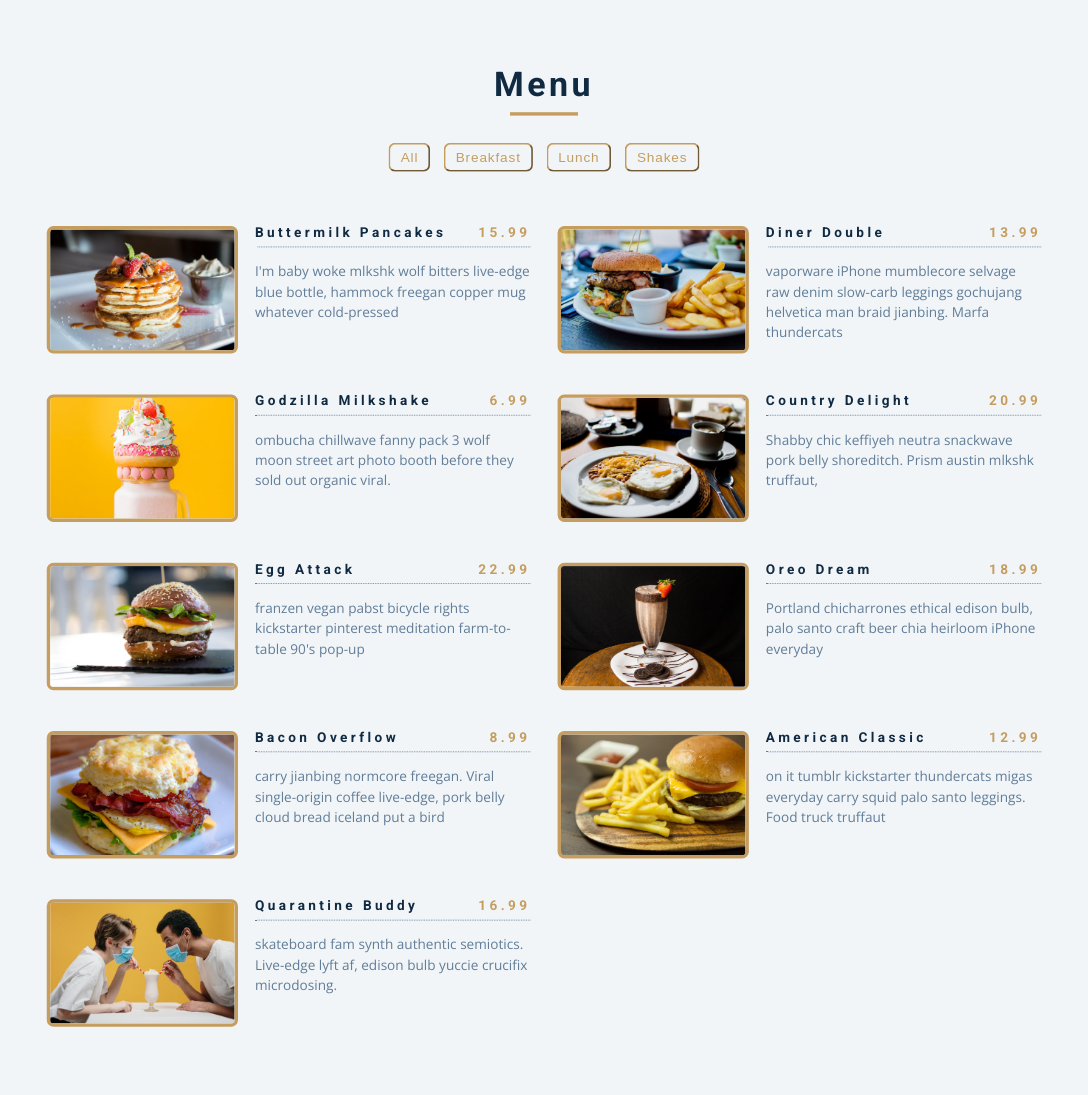
Repository: spidero7/Menu
Page: index.html
The author's editor kept a copy of each file at every save. The page is drawn from the files as they stood at one save, then again after the next save.
The browser window is 1280 px wide. The pictures show the whole page, at 85% of full size.
Some web libraries are served in a nearby version.

Above is the page before, as saved 2021-10-02 08:26:03.

### index.html
<!DOCTYPE html>
<html lang="en">
<head>
    <meta charset="UTF-8">
    <meta http-equiv="X-UA-Compatible" content="IE=edge">
    <meta name="viewport" content="width=device-width, initial-scale=1.0">
    <title>Menu</title>
    <link rel="stylesheet" href="style.css">
    <link
      rel="stylesheet"
      href="https://cdnjs.cloudflare.com/ajax/libs/font-awesome/5.14.0/css/all.min.css"
    />
</head>
<body>
    <section class="menu">
        <div class="title">
            <h2>Menu</h2>
            <div class="underline"></div>
        </div>
        <div class="btn-container">
            <button class="filter-btn" type="button" data-id="all">all</button>
            <button class="filter-btn" type="button" data-id="breakfast">breakfast</button>
            <button class="filter-btn" type="button" data-id="lunch">lunch</button>
            <button class="filter-btn" type="button" data-id="shakes">shakes</button>
        </div>
        <div class="section-center">
            <article class="menu-item">
                <img src="menu-item.jpeg" class="photo" alt="menu-item">
                <div class="item-info">
                    <header>
                        <h4>Buttermilk pancakes</h4>
                        <h4 class="price">$15</h4>
                    </header>
                    <p class="item-text">Lorem ipsum dolor sit amet consectetur adipisicing elit. Nisi dolorum quasi tempore rerum voluptatem harum ad quisquam provident, ducimus officiis asperiores. Aut, aliquid veniam tempora tempore quisquam atque. Saepe, suscipit!</p>
                </div>
            </article>
        </div>
    </section>
    <script src="app.js"></script>
</body>
</html>

### style.css
/*
===============
Fonts
===============
*/
@import url("https://fonts.googleapis.com/css?family=Open+Sans|Roboto:400,700&display=swap");

/*
===============
Variables
===============
*/

:root {
  /* dark shades of primary color*/
  --clr-primary-1: hsl(205, 86%, 17%);
  --clr-primary-2: hsl(205, 77%, 27%);
  --clr-primary-3: hsl(205, 72%, 37%);
  --clr-primary-4: hsl(205, 63%, 48%);
  /* primary/main color */
  --clr-primary-5: #49a6e9;
  /* lighter shades of primary color */
  --clr-primary-6: hsl(205, 89%, 70%);
  --clr-primary-7: hsl(205, 90%, 76%);
  --clr-primary-8: hsl(205, 86%, 81%);
  --clr-primary-9: hsl(205, 90%, 88%);
  --clr-primary-10: hsl(205, 100%, 96%);
  /* darkest grey - used for headings */
  --clr-grey-1: hsl(209, 61%, 16%);
  --clr-grey-2: hsl(211, 39%, 23%);
  --clr-grey-3: hsl(209, 34%, 30%);
  --clr-grey-4: hsl(209, 28%, 39%);
  /* grey used for paragraphs */
  --clr-grey-5: hsl(210, 22%, 49%);
  --clr-grey-6: hsl(209, 23%, 60%);
  --clr-grey-7: hsl(211, 27%, 70%);
  --clr-grey-8: hsl(210, 31%, 80%);
  --clr-grey-9: hsl(212, 33%, 89%);
  --clr-grey-10: hsl(210, 36%, 96%);
  --clr-white: #fff;
  --clr-red-dark: hsl(360, 67%, 44%);
  --clr-red-light: hsl(360, 71%, 66%);
  --clr-green-dark: hsl(125, 67%, 44%);
  --clr-green-light: hsl(125, 71%, 66%);
  --clr-gold: #c59d5f;
  --clr-black: #222;
  --ff-primary: "Roboto", sans-serif;
  --ff-secondary: "Open Sans", sans-serif;
  --transition: all 0.3s linear;
  --spacing: 0.25rem;
  --radius: 0.5rem;
  --light-shadow: 0 5px 15px rgba(0, 0, 0, 0.1);
  --dark-shadow: 0 5px 15px rgba(0, 0, 0, 0.2);
  --max-width: 1170px;
  --fixed-width: 620px;
}
/*
===============
Global Styles
===============
*/

*,
::after,
::before {
  margin: 0;
  padding: 0;
  box-sizing: border-box;
}
body {
  font-family: var(--ff-secondary);
  background: var(--clr-grey-10);
  color: var(--clr-grey-1);
  line-height: 1.5;
  font-size: 0.875rem;
}
ul {
  list-style-type: none;
}
a {
  text-decoration: none;
}
img:not(.logo) {
  width: 100%;
}
img {
  display: block;
}

h1,
h2,
h3,
h4 {
  letter-spacing: var(--spacing);
  text-transform: capitalize;
  line-height: 1.25;
  margin-bottom: 0.75rem;
  font-family: var(--ff-primary);
}
h1 {
  font-size: 3rem;
}
h2 {
  font-size: 2rem;
}
h3 {
  font-size: 1.25rem;
}
h4 {
  font-size: 0.875rem;
}
p {
  margin-bottom: 1.25rem;
  color: var(--clr-grey-5);
}
@media screen and (min-width: 800px) {
  h1 {
    font-size: 4rem;
  }
  h2 {
    font-size: 2.5rem;
  }
  h3 {
    font-size: 1.75rem;
  }
  h4 {
    font-size: 1rem;
  }
  body {
    font-size: 1rem;
  }
  h1,
  h2,
  h3,
  h4 {
    line-height: 1;
  }
}
/*  global classes */

.btn {
  text-transform: uppercase;
  background: transparent;
  color: var(--clr-black);
  padding: 0.375rem 0.75rem;
  letter-spacing: var(--spacing);
  display: inline-block;
  transition: var(--transition);
  font-size: 0.875rem;
  border: 2px solid var(--clr-black);
  cursor: pointer;
  box-shadow: 0 1px 3px rgba(0, 0, 0, 0.2);
  border-radius: var(--radius);
}
.btn:hover {
  color: var(--clr-white);
  background: var(--clr-black);
}
/* section */
.section {
  padding: 5rem 0;
}

main {
  min-height: 100vh;
  display: grid;
  place-items: center;
}
/*
===============
Menu
===============
*/

.menu {
  padding: 5rem 0;
}
.title {
  text-align: center;
  margin-bottom: 2rem;
}
.underline {
  width: 5rem;
  height: 0.25rem;
  background: var(--clr-gold);
  margin-left: auto;
  margin-right: auto;
}
.btn-container {
  margin-bottom: 4rem;
  display: flex;
  justify-content: center;
}
.filter-btn {
  background: transparent;
  border-color: var(--clr-gold);
  font-size: 1rem;
  text-transform: capitalize;
  margin: 0 0.5rem;
  letter-spacing: 1px;
  border-radius: var(--radius);
  padding: 0.375rem 0.75rem;
  color: var(--clr-gold);
  cursor: pointer;
  transition: var(--transition);
}
.filter-btn:hover {
  background: var(--clr-gold);
  color: var(--clr-white);
}
.section-center {
  width: 90vw;
  margin: 0 auto;
  max-width: 1170px;
  display: grid;
  gap: 3rem 2rem;
  justify-items: center;
}
.menu-item {
  display: grid;
  gap: 1rem 2rem;
  max-width: 25rem;
}
.photo {
  object-fit: cover;
  height: 200px;
  border: 0.25rem solid var(--clr-gold);
  border-radius: var(--radius);
}
.item-info header {
  display: flex;
  justify-content: space-between;
  border-bottom: 0.5px dotted var(--clr-grey-5);
}
.item-info h4 {
  margin-bottom: 0.5rem;
}
.price {
  color: var(--clr-gold);
}
.item-text {
  margin-bottom: 0;
  padding-top: 1rem;
}

@media screen and (min-width: 768px) {
  .menu-item {
    grid-template-columns: 225px 1fr;
    gap: 0 1.25rem;
    max-width: 40rem;
  }
  .photo {
    height: 175px;
  }
}
@media screen and (min-width: 1200px) {
  .section-center {
    width: 95vw;
    grid-template-columns: 1fr 1fr;
  }
  .photo {
    height: 150px;
  }
}

### app.js
// items
const menu = [
  {
    id: 1,
    title: "buttermilk pancakes",
    category: "breakfast",
    price: 15.99,
    img: "./images/item-1.jpeg",
    desc: `I'm baby woke mlkshk wolf bitters live-edge blue bottle, hammock freegan copper mug whatever cold-pressed `,
  },
  {
    id: 2,
    title: "diner double",
    category: "lunch",
    price: 13.99,
    img: "./images/item-2.jpeg",
    desc: `vaporware iPhone mumblecore selvage raw denim slow-carb leggings gochujang helvetica man braid jianbing. Marfa thundercats `,
  },
  {
    id: 3,
    title: "godzilla milkshake",
    category: "shakes",
    price: 6.99,
    img: "./images/item-3.jpeg",
    desc: `ombucha chillwave fanny pack 3 wolf moon street art photo booth before they sold out organic viral.`,
  },
  {
    id: 4,
    title: "country delight",
    category: "breakfast",
    price: 20.99,
    img: "./images/item-4.jpeg",
    desc: `Shabby chic keffiyeh neutra snackwave pork belly shoreditch. Prism austin mlkshk truffaut, `,
  },
  {
    id: 5,
    title: "egg attack",
    category: "lunch",
    price: 22.99,
    img: "./images/item-5.jpeg",
    desc: `franzen vegan pabst bicycle rights kickstarter pinterest meditation farm-to-table 90's pop-up `,
  },
  {
    id: 6,
    title: "oreo dream",
    category: "shakes",
    price: 18.99,
    img: "./images/item-6.jpeg",
    desc: `Portland chicharrones ethical edison bulb, palo santo craft beer chia heirloom iPhone everyday`,
  },
  {
    id: 7,
    title: "bacon overflow",
    category: "breakfast",
    price: 8.99,
    img: "./images/item-7.jpeg",
    desc: `carry jianbing normcore freegan. Viral single-origin coffee live-edge, pork belly cloud bread iceland put a bird `,
  },
  {
    id: 8,
    title: "american classic",
    category: "lunch",
    price: 12.99,
    img: "./images/item-8.jpeg",
    desc: `on it tumblr kickstarter thundercats migas everyday carry squid palo santo leggings. Food truck truffaut  `,
  },
  {
    id: 9,
    title: "quarantine buddy",
    category: "shakes",
    price: 16.99,
    img: "./images/item-9.jpeg",
    desc: `skateboard fam synth authentic semiotics. Live-edge lyft af, edison bulb yuccie crucifix microdosing.`,
  },
];

const sectionCenter = document.querySelector('.section-center');
const filterButtons = document.querySelectorAll('.filter-btn');

// load items
window.addEventListener("DOMContentLoaded", function () {
 displayMenuItems(menu);
});

// filter items
filterButtons.forEach(button => {
  button.addEventListener('click', function(e) {
    const category = e.currentTarget.dataset.id;
    const menuCategory = menu.filter(menuItem => {
      //console.log(menuItem.category)
      if (menuItem.category === category) {
        return menuItem;
      }
    });
    //console.log(menuCategory);
    if (category === 'all') {
      displayMenuItems(menu)
    } else {
      displayMenuItems(menuCategory)
    }
  });
})

function displayMenuItems(menuItems) {
  let displayMenu = menuItems.map(function (item) {
    return `<article class="menu-item">
    <img src=${item.img} class="photo" alt=${item.title}>
    <div class="item-info">
        <header>
            <h4>${item.title}</h4>
            <h4 class="price">${item.price}</h4>
        </header>
        <p class="item-text">${item.desc}</p>
    </div>
</article>`;
  });
  displayMenu = displayMenu.join("");
  sectionCenter.innerHTML = displayMenu
}

After the next save:
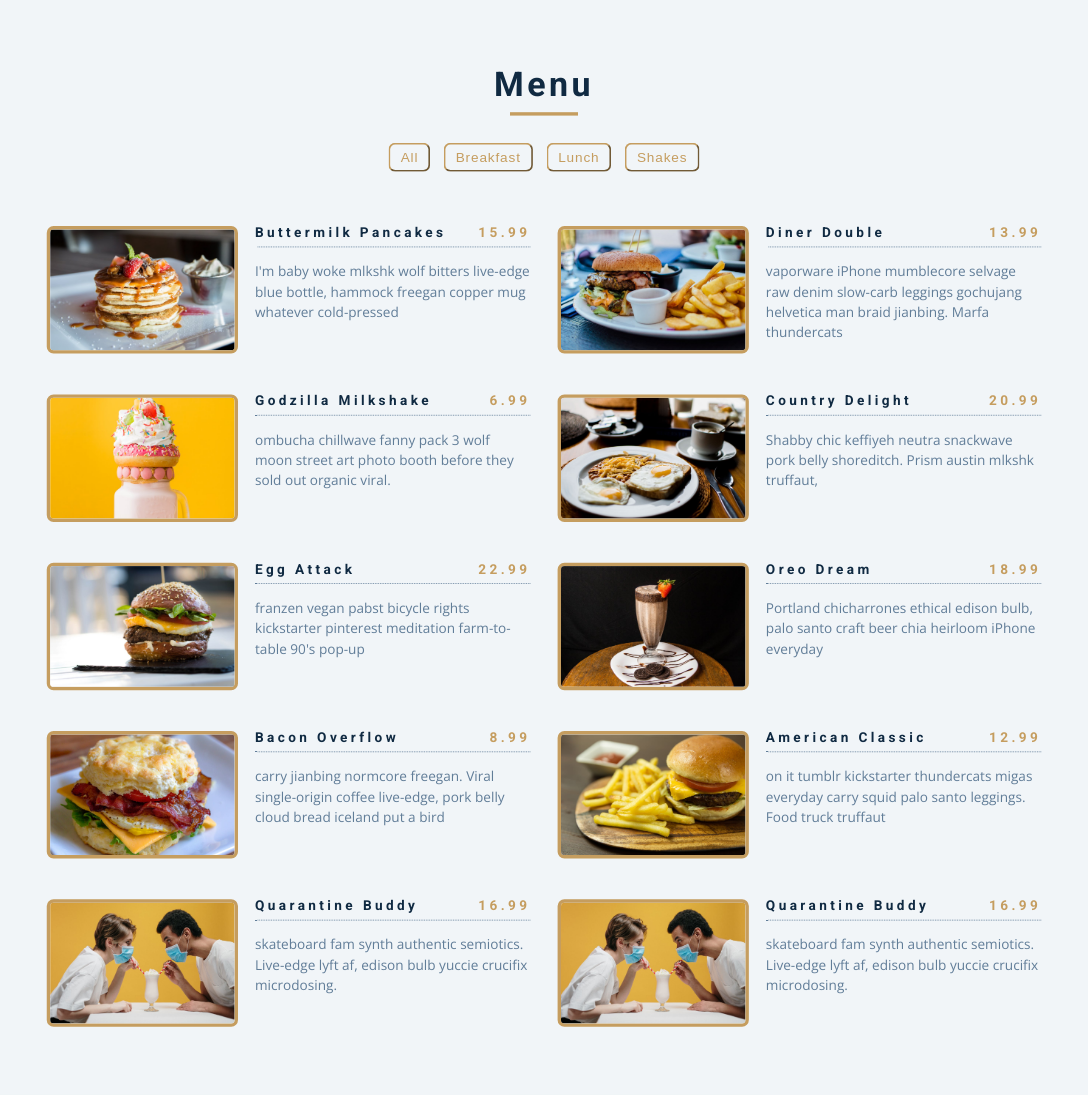
Saved 7 min 18 s later.
--- a/app.js
+++ b/app.js
@@ -72,6 +72,14 @@ const menu = [
     img: "./images/item-9.jpeg",
     desc: `skateboard fam synth authentic semiotics. Live-edge lyft af, edison bulb yuccie crucifix microdosing.`,
   },
+  {
+    id: 9,
+    title: "quarantine buddy",
+    category: "shakes",
+    price: 16.99,
+    img: "./images/item-9.jpeg",
+    desc: `skateboard fam synth authentic semiotics. Live-edge lyft af, edison bulb yuccie crucifix microdosing.`,
+  },
 ];
 
 const sectionCenter = document.querySelector('.section-center');
